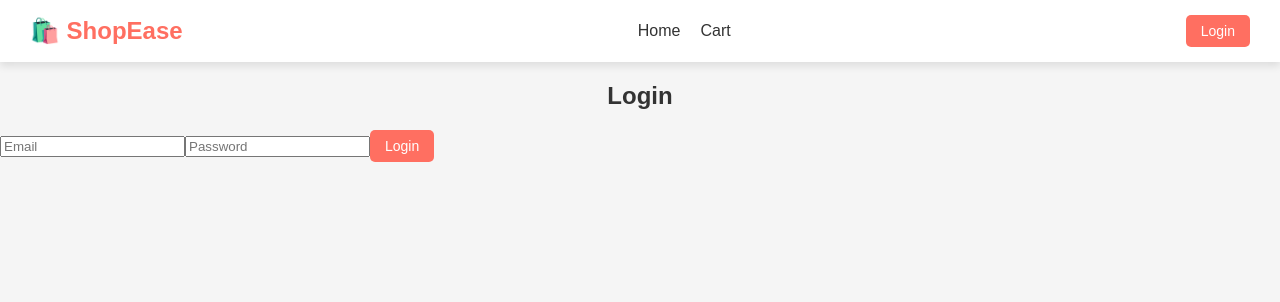
Repository: Hitesh8980/shop
Page: /login (app in ecommerce-frontend/)
An editor plug-in stored every save of this project. The page is shown before and after the next save, followed by the edit.
The browser window is 1280 px wide. The pictures show the whole page.
The project was rebuilt for these pictures with package versions that can differ from the ones it lists, and the page was loaded fresh each time. Also part of the build but not shown: ecommerce-frontend/vite.config.js, ecommerce-frontend/src/pages/Home.jsx, ecommerce-frontend/src/pages/Cart.jsx, ecommerce-frontend/src/utils/api.js, ecommerce-frontend/src/utils/razorpay.js, ecommerce-frontend/src/utils/auth.js, ecommerce-frontend/src/pages/Checkout.jsx, ecommerce-frontend/src/components/ProtectedRoute.jsx and 1 more.

Above is the page before, as saved 2025-03-18 20:58:04.

### ecommerce-frontend/index.html
<!doctype html>
<html lang="en">
  <head>
    <meta charset="UTF-8" />
    <script src="https://checkout.razorpay.com/v1/checkout.js"></script>
    <meta name="viewport" content="width=device-width, initial-scale=1.0" />
    <title>E-commerce</title>
  </head>
  <body>
    <div id="root"></div>
    <script type="module" src="/src/main.jsx"></script>
  </body>
</html>

### ecommerce-frontend/src/main.jsx
import React from "react";
import ReactDOM from "react-dom/client";
import { Provider } from "react-redux";
import App from "./App";
import store from "./redux/store";
import "./index.css";

ReactDOM.createRoot(document.getElementById("root")).render(
  <Provider store={store}>
    <App />
  </Provider>
);

### ecommerce-frontend/src/App.jsx
import React from "react";
import { BrowserRouter as Router, Routes, Route } from "react-router-dom";
import { Provider } from "react-redux";
import store from "./redux/store";
import Navbar from "./components/Navbar";
import Home from "./pages/Home";
import Cart from "./pages/Cart";
import Checkout from "./pages/Checkout";
import Login from "./pages/Login";
import PrivateRoute from "./components/ProtectedRoute";
import OrderTracking from "./components/OrderTracking";

const App = () => {
  return (
    <Provider store={store}>
      <Router>
        <Navbar />
        <Routes>
          <Route path="/" element={<Home />} />
          <Route path="/cart" element={<Cart />} />
          <Route path="/login" element={<Login />} />
          <Route path="/order-tracking" element={<OrderTracking />} />
          <Route
            path="/checkout"
            element={
              <PrivateRoute>
                <Checkout />
              </PrivateRoute>
            }
          />
        </Routes>
      </Router>
    </Provider>
  );
};

export default App;

### ecommerce-frontend/src/redux/store.js
import { configureStore } from "@reduxjs/toolkit";
import authReducer from "./authSlice";
import cartReducer from "./cartSlice";
import productReducer from "./productSlice";

const store = configureStore({
  reducer: {
    auth: authReducer,
    cart: cartReducer,
    product: productReducer,
  },
});

export default store;

### ecommerce-frontend/src/index.css
/* General Styles */
body {
  font-family: Arial, sans-serif;
  margin: 0;
  padding: 0;
  background-color: #f5f5f5;
}

/* Navbar Styles */
/* Navbar Container */
.navbar {
  display: flex;
  justify-content: space-between;
  align-items: center;
  background-color: #ffffff;
  padding: 15px 30px;
  box-shadow: 0px 4px 8px rgba(0, 0, 0, 0.1);
  position: sticky;
  top: 0;
  z-index: 1000;
}

/* Logo */
.logo a {
  font-size: 24px;
  font-weight: bold;
  color: #ff6f61;
  text-decoration: none;
}

/* Navigation Links */
.nav-links {
  display: flex;
  gap: 20px;
}

.nav-links a {
  font-size: 16px;
  color: #333;
  text-decoration: none;
  transition: color 0.3s ease-in-out;
}

.nav-links a:hover {
  color: #ff6f61;
}

/* Cart Badge */
.cart-link {
  position: relative;
}

.cart-badge {
  position: absolute;
  top: -5px;
  right: -10px;
  background-color: red;
  color: white;
  font-size: 12px;
  font-weight: bold;
  border-radius: 50%;
  padding: 3px 7px;
}

/* Auth Section */
.auth-section {
  display: flex;
  align-items: center;
  gap: 15px;
}

/* Buttons */
.login-button,
.logout-button {
  background-color: #ff6f61;
  color: white;
  padding: 8px 15px;
  border: none;
  border-radius: 5px;
  font-size: 14px;
  cursor: pointer;
  transition: background 0.3s ease;
}

.login-button:hover,
.logout-button:hover {
  background-color: #e65b50;
}

/* User Menu */
.user-menu {
  display: flex;
  align-items: center;
  gap: 10px;
}

.user-name {
  font-size: 14px;
  font-weight: bold;
  color: #333;
}


/* Product Card Styles */
.product-card {
  border: 1px solid #ddd;
  border-radius: 8px;
  padding: 16px;
  text-align: center;
  background-color: white;
  transition: transform 0.2s ease-in-out;
}

.product-card:hover {
  transform: scale(1.05);
}

.product-image {
  width: 100px;
  height: 100px;
  object-fit: cover;
}

.product-name {
  font-size: 16px;
  font-weight: bold;
  margin: 8px 0;
}

.product-price {
  color: #28a745;
  font-weight: bold;
}

.add-to-cart-button {
  padding: 8px 12px;
  border: none;
  background-color: #28a745;
  color: white;
  cursor: pointer;
  font-size: 14px;
  border-radius: 4px;
  margin-top: 8px;
}

.add-to-cart-button:hover {
  background-color: #218838;
}

/* Cart Page Styles */
.cart-container {
  max-width: 600px;
  margin: auto;
  padding: 20px;
  background: white;
  border-radius: 10px;
  box-shadow: 0 4px 8px rgba(0, 0, 0, 0.1);
}

.cart-item {
  display: flex;
  align-items: center;
  justify-content: space-between;
  border-bottom: 1px solid #ddd;
  padding: 10px 0;
}

.cart-image {
  width: 80px;
  height: 80px;
  object-fit: cover;
  border-radius: 5px;
}

.cart-details {
  flex: 1;
  padding-left: 10px;
}

.item-name {
  font-weight: bold;
}

.quantity-controls {
  display: flex;
  align-items: center;
  gap: 10px;
  margin: 10px 0;
}

.qty-btn {
  background: #ff6f61;
  color: white;
  border: none;
  padding: 5px 10px;
  cursor: pointer;
  font-size: 16px;
}

.qty-btn:disabled {
  background: gray;
  cursor: not-allowed;
}

.remove-button {
  background: red;
  color: white;
  border: none;
  padding: 5px 10px;
  cursor: pointer;
  font-size: 14px;
}

.checkout-button {
  width: 100%;
  background: #ff6f61;
  color: white;
  padding: 10px;
  border: none;
  cursor: pointer;
  font-size: 16px;
  margin-top: 10px;
}

.checkout-button:hover {
  background: #e65b50;
}


/* Register Page Styles */
.register-container {
  max-width: 400px;
  margin: auto;
  padding: 20px;
  background-color: white;
  border-radius: 8px;
  box-shadow: 0 0 10px rgba(0, 0, 0, 0.1);
}

.register-container input {
  width: 100%;
  padding: 10px;
  margin: 8px 0;
  border: 1px solid #ddd;
  border-radius: 4px;
}

.register-button {
  padding: 10px 16px;
  border: none;
  background-color: #007bff;
  color: white;
  cursor: pointer;
  font-size: 16px;
  border-radius: 4px;
  margin-top: 10px;
  width: 100%;
}

.register-button:hover {
  background-color: #0056b3;
}

/* Home Page Styles */
.home-container {
  padding: 20px;
}

.product-grid {
  display: grid;
  grid-template-columns: repeat(auto-fill, minmax(200px, 1fr));
  gap: 16px;
}

.loading-text {
  font-size: 18px;
  font-weight: bold;
  text-align: center;
}
/* General Container */
.products-container {
  display: grid;
  grid-template-columns: repeat(auto-fit, minmax(250px, 1fr));
  gap: 20px;
  padding: 20px;
  justify-content: center;
}

/* Product Card */
.product-card {
  border: 1px solid #ddd;
  border-radius: 8px;
  padding: 15px;
  background-color: #fff;
  box-shadow: 0px 4px 6px rgba(0, 0, 0, 0.1);
  transition: transform 0.3s ease-in-out;
  text-align: center;
}

.product-card:hover {
  transform: translateY(-5px);
}

/* Product Image */
.product-image {
  width: 100%;
  max-height: 200px;
  object-fit: contain;
  border-bottom: 1px solid #ddd;
  margin-bottom: 10px;
}

/* Product Name */
.product-name {
  font-size: 16px;
  font-weight: bold;
  margin: 10px 0;
  color: #333;
}

/* Brand & Price */
.product-brand,
.product-price {
  font-size: 14px;
  color: #666;
  margin: 5px 0;
}

/* Description */
.product-description {
  font-size: 13px;
  color: #444;
  margin: 10px 0;
  height: 50px;
  overflow: hidden;
  text-overflow: ellipsis;
}

/* Buttons */
.product-buttons {
  display: flex;
  justify-content: space-around;
  margin-top: 10px;
}

.add-to-cart,
.buy-now {
  padding: 8px 12px;
  font-size: 14px;
  border: none;
  cursor: pointer;
  border-radius: 5px;
  transition: background 0.3s;
}

.add-to-cart {
  background-color: #ff9800;
  color: white;
}

.add-to-cart:hover {
  background-color: #e68900;
}

.buy-now {
  background-color: #f44336;
  color: white;
}

.buy-now:hover {
  background-color: #d32f2f;
}

/* Order Tracking Page Styles */
.order-tracking-container {
  max-width: 800px;
  margin: 40px auto;
  padding: 20px;
  background: #fff;
  box-shadow: 0 4px 10px rgba(0, 0, 0, 0.1);
  border-radius: 8px;
}

h2 {
  text-align: center;
  color: #333;
}

.order-card {
  padding: 20px;
  border: 1px solid #ddd;
  border-radius: 8px;
  background: #f9f9f9;
}

.status {
  font-weight: bold;
  color: #007bff;
}

/* Progress Bar */
.progress-container {
  width: 100%;
  background: #ddd;
  border-radius: 10px;
  margin: 15px 0;
}

.progress-bar {
  height: 10px;
  background: #007bff;
  width: 0%;
  border-radius: 10px;
  transition: width 0.5s ease-in-out;
}

/* Order Items */
.order-items {
  list-style: none;
  padding: 0;
}

.order-item {
  display: flex;
  align-items: center;
  padding: 10px;
  border-bottom: 1px solid #ddd;
}

.order-item img {
  width: 80px;
  height: 80px;
  object-fit: cover;
  border-radius: 5px;
  margin-right: 15px;
}

.order-item div {
  flex: 1;
}

@media (max-width: 600px) {
  .order-tracking-container {
    width: 90%;
    padding: 10px;
  }
}

### ecommerce-frontend/src/components/Navbar.jsx
import { Link } from "react-router-dom";
import { useSelector, useDispatch } from "react-redux";
import { logout } from "../redux/authSlice";
import "../index.css";

const Navbar = () => {
  const dispatch = useDispatch();
  const { user } = useSelector((state) => state.auth);
  const cartItems = useSelector((state) => state.cart.cart.length);

  const handleLogout = () => {
    dispatch(logout());
  };

  return (
    <nav className="navbar">
      <div className="logo">
        <Link to="/">🛍️ ShopEase</Link>
      </div>

      <div className="nav-links">
        <Link to="/">Home</Link>
        <Link to="/cart" className="cart-link">
          Cart
          {cartItems > 0 && <span className="cart-badge">{cartItems}</span>}
        </Link>
      </div>

      <div className="auth-section">
        {user ? (
          <div className="user-menu">
            <span className="user-name">👤 {user.name}</span>
            <button className="logout-button" onClick={handleLogout}>
              Logout
            </button>
          </div>
        ) : (
          <Link to="/login">
            <button className="login-button">Login</button>
          </Link>
        )}
      </div>
    </nav>
  );
};

export default Navbar;

### ecommerce-frontend/src/pages/Login.jsx
import { useState } from "react";
import { useDispatch } from "react-redux";
import { login } from "../redux/authSlice";
import "../index.css";

const Login = () => {
  const [email, setEmail] = useState("");
  const [password, setPassword] = useState("");
  const dispatch = useDispatch();

  const handleLogin = () => {
    dispatch(login({ email, password }));
  };

  return (
    <div className="login-container">
      <div className="login-box">
        <h2>Login</h2>
        <input
          type="email"
          placeholder="Email"
          value={email}
          onChange={(e) => setEmail(e.target.value)}
          className="login-input"
        />
        <input
          type="password"
          placeholder="Password"
          value={password}
          onChange={(e) => setPassword(e.target.value)}
          className="login-input"
        />
        <button onClick={handleLogin} className="login-button">Login</button>
      </div>
    </div>
  );
};

export default Login;

### ecommerce-frontend/src/redux/authSlice.js
import { createSlice } from "@reduxjs/toolkit";

const initialState = {
  user: JSON.parse(localStorage.getItem("user")) || null,
};

const authSlice = createSlice({
  name: "auth",
  initialState,
  reducers: {
    login: (state, action) => {
      state.user = action.payload;
      localStorage.setItem("user", JSON.stringify(action.payload));
    },
    logout: (state) => {
      state.user = null;
      localStorage.removeItem("user");
    },
  },
});

export const { login, logout } = authSlice.actions;
export default authSlice.reducer;

### ecommerce-frontend/src/redux/cartSlice.js
import { createSlice } from "@reduxjs/toolkit";

const loadCartFromLocalStorage = () => {
  try {
    const storedCart = localStorage.getItem("cart");
    return storedCart ? JSON.parse(storedCart) : [];
  } catch (error) {
    console.error("Error loading cart from localStorage:", error);
    return [];
  }
};

const saveCartToLocalStorage = (cart) => {
  try {
    localStorage.setItem("cart", JSON.stringify(cart));
  } catch (error) {
    console.error("Error saving cart:", error);
  }
};

const cartSlice = createSlice({
  name: "cart",
  initialState: {
    cart: loadCartFromLocalStorage(),
  },
  reducers: {
    addToCart: (state, action) => {
      const item = action.payload;
      const existingItem = state.cart.find((cartItem) => cartItem._id === item._id);

      if (existingItem) {
        existingItem.quantity += 1;
      } else {
        state.cart.push({ ...item, quantity: 1 });
      }

      saveCartToLocalStorage(state.cart);
    },
    removeFromCart: (state, action) => {
      state.cart = state.cart.filter((item) => item._id !== action.payload);
      saveCartToLocalStorage(state.cart);
    },
    updateQuantity: (state, action) => {
      const { id, amount } = action.payload;
      const item = state.cart.find((cartItem) => cartItem._id === id);
      if (item) {
        item.quantity += amount;
        if (item.quantity < 1) item.quantity = 1;
      }
      saveCartToLocalStorage(state.cart);
    },
    clearCart: (state) => {
      state.cart = [];
      localStorage.removeItem("cart");
    },
    reloadCart: (state) => {
      state.cart = loadCartFromLocalStorage();
    },
  },
});

export const { addToCart, removeFromCart, updateQuantity, clearCart, reloadCart } = cartSlice.actions;
export default cartSlice.reducer;

### ecommerce-frontend/src/redux/productSlice.js
import { createSlice, createAsyncThunk } from "@reduxjs/toolkit";
import axios from "axios";

export const fetchProducts = createAsyncThunk("products/fetch", async () => {
  const response = await axios.get("https://onemg-1.onrender.com/product/view-pro");
  return response.data;
});

const productSlice = createSlice({
  name: "product",
  initialState: { products: [], loading: false },
  extraReducers: (builder) => {
    builder
      .addCase(fetchProducts.pending, (state) => {
        state.loading = true;
      })
      .addCase(fetchProducts.fulfilled, (state, action) => {
        state.loading = false;
        state.products = action.payload;
      })
      .addCase(fetchProducts.rejected, (state) => {
        state.loading = false;
      });
  },
});

export default productSlice.reducer;

After the next save:
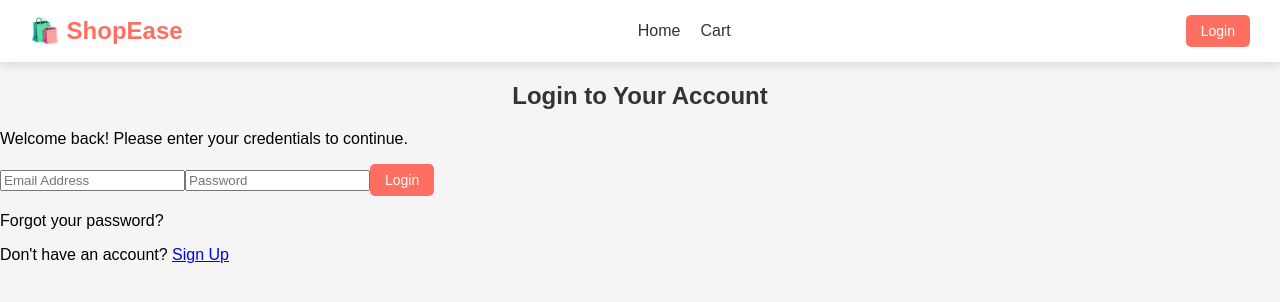
Saved 71 s later.
--- a/ecommerce-frontend/src/pages/Login.jsx
+++ b/ecommerce-frontend/src/pages/Login.jsx
@@ -15,14 +15,17 @@ const Login = () => {
   return (
     <div className="login-container">
       <div className="login-box">
-        <h2>Login</h2>
+        <h2>Login to Your Account</h2>
+        <p className="login-subtext">Welcome back! Please enter your credentials to continue.</p>
+
         <input
           type="email"
-          placeholder="Email"
+          placeholder="Email Address"
           value={email}
           onChange={(e) => setEmail(e.target.value)}
           className="login-input"
         />
+
         <input
           type="password"
           placeholder="Password"
@@ -30,7 +33,14 @@ const Login = () => {
           onChange={(e) => setPassword(e.target.value)}
           className="login-input"
         />
+
         <button onClick={handleLogin} className="login-button">Login</button>
+
+        <p className="forgot-password">Forgot your password?</p>
+
+        <p className="signup-link">
+          Don't have an account? <a href="/signup">Sign Up</a>
+        </p>
       </div>
     </div>
   );
